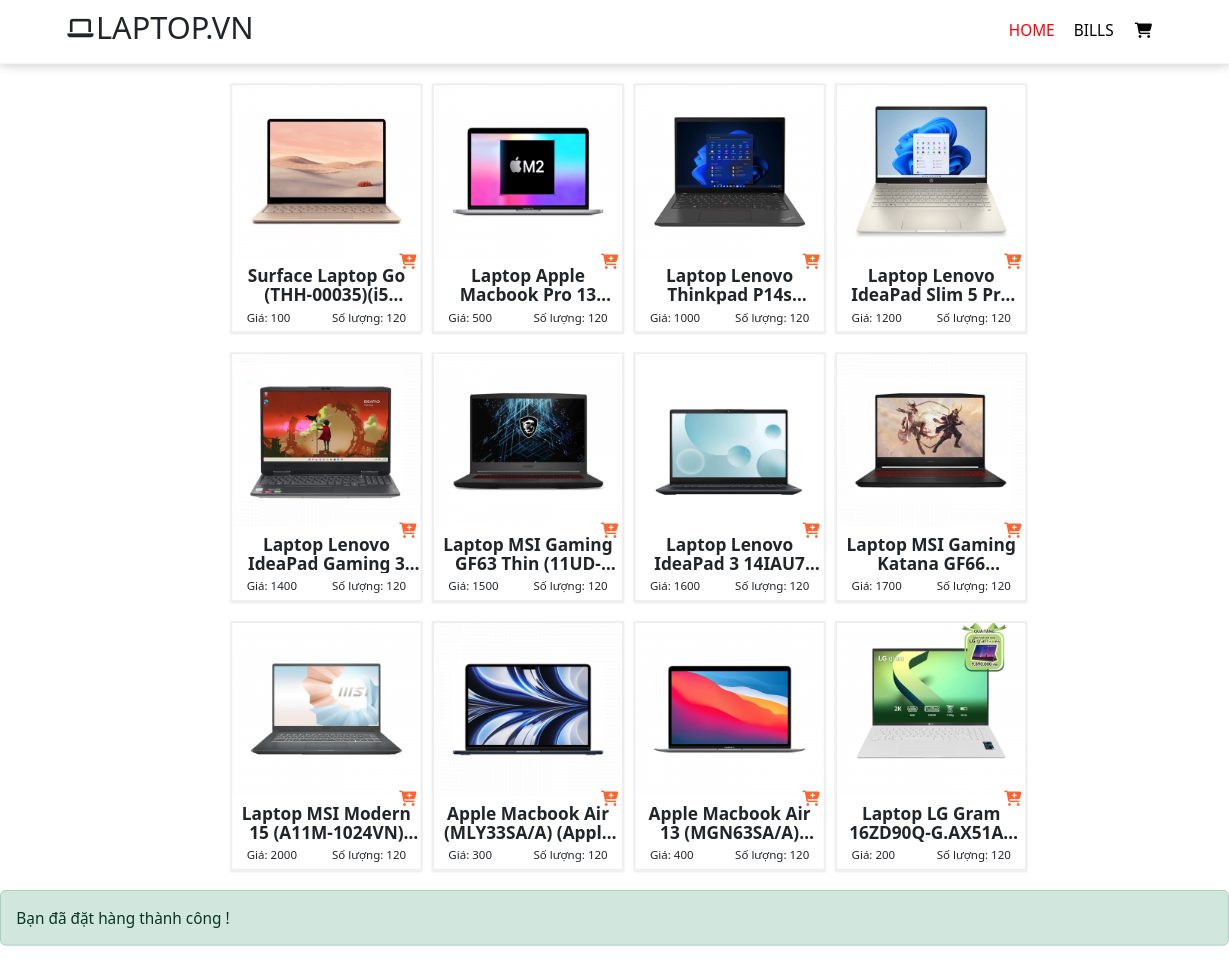
Repository: nguyenhaidang212/danh-sach-ban-hang
Page: index.html
The author's editor kept a copy of each file at every save. The page is drawn from the files as they stood at one save, then again after the next save.
The browser window is 1280 px wide. The pictures show the whole page, at 96% of full size.
The page's requests for data from a server got no answer. Some web libraries are served in a nearby version.

Above is the page before, as saved 2023-04-15 03:40:12.

### index.html
<!DOCTYPE html>
<html lang="en">
  <head>
    <meta charset="UTF-8" />
    <meta http-equiv="X-UA-Compatible" content="IE=edge" />
    <meta name="viewport" content="width=device-width, initial-scale=1.0" />
    <title>LaptopSHOP</title>
    <script
      src="https://kit.fontawesome.com/2568d54abe.js"
      crossorigin="anonymous"
    ></script>
    <link
      href="https://cdn.jsdelivr.net/npm/bootstrap@5.3.0-alpha1/dist/css/bootstrap.min.css"
      rel="stylesheet"
      integrity="sha384-GLhlTQ8iRABdZLl6O3oVMWSktQOp6b7In1Zl3/Jr59b6EGGoI1aFkw7cmDA6j6gD"
      crossorigin="anonymous"
    />
    <script
      src="https://cdn.jsdelivr.net/npm/bootstrap@5.3.0-alpha1/dist/js/bootstrap.bundle.min.js"
      integrity="sha384-w76AqPfDkMBDXo30jS1Sgez6pr3x5MlQ1ZAGC+nuZB+EYdgRZgiwxhTBTkF7CXvN"
      crossorigin="anonymous"
    ></script>
    <link rel="stylesheet" href="./style/style.css" />
    <link rel="stylesheet" href="./style/responsive.css">
  </head>
  <body>
    <div class="overlay"></div>
    <header>
      <div class="header">
        <div class="header-title">
          <i class="fa-solid fa-laptop header-icon-title"></i>
          <h2 class="laptop">LAPTOP.VN</h2>
        </div>
        <div class="header-menu">
          <div class="menu-link header-menu-home">
            <span class="none home" href="">HOME</span>
          </div>
          <!-- <div class="menu-link header-menu-about">
            <span class="none payment" href="">INFO</span>
          </div>
          <div class="menu-link header-menu-order">
            <span class="none header-payment" href="">PAYMENT</span>
          </div> -->
          <div class="menu-link header-menu-order">
            <span class="none order" href="">BILLS</span>
          </div>
          <div class="menu-link carts header-menu-bill">
            <i class="fas fa-shopping-cart buy_display buy_icon none"> </i>
          </div>
          <div class="buy_count" style="display: none"></div>
          <div class="line"></div>
        </div>
        <div class="header-menu2"><i class="fa-solid fa-bars"></i></div>
      </div>
    </header>
    <!-- Trang giao dien -->
    <main class="main_menu">
      <div class="list"></div>
    </main>
    <!-- Trang danh sach -->
    <main class="main_buy" style="display: none">
      <div class="img">
        <img src="./imgs/117-1170538_404-your-cart-is-empty.png" alt="" />
      </div>
      <div id="main_buy">
        <div class="title">
          <span>Product Name</span><span>Quantity</span><span>Subtotal</span
          ><span>Total</span><span>Clear Cart</span>
        </div>
        <div class="info"></div>
        <div class="buy">
          <div class="total">
            <strong>Total: $</strong>
            <span class="bill"></span>
          </div>
        </div>
        <div  class="main_buy_btn">
          <button type="button" class="btn btn-outline-primary btn_back">Back to shopping</button>
          <button type="button" class="btn btn-success btn_buy">Buy</button>
        </div>
      </div>
    </main>
    <!-- Trang thong tin -->
    <main class="main_info" style="display: none">
      <div class="buy_form">
        <div class="form_title">
          <h1>Thông tin người mua</h1>
          <i class="fa-solid fa-xmark buy_form_close"></i>
        </div>
        <div class="form_content">
          <div class="form_grid">
            <div class="username">
              <div class="input-group mb-3">
                <span class="input-group-text" id="basic-addon1">Họ</span>
                <input
                  type="text"
                  class="form-control form_username"
                  aria-label="Username"
                  aria-describedby="basic-addon1"
                />
              </div>
              <div class="form_wrong wrong1"></div>
              <div class="input-group mb-3">
                <span class="input-group-text" id="basic-addon1">Tên</span>
                <input
                  type="text"
                  class="form-control form_username2"
                  aria-label="Username"
                  aria-describedby="basic-addon1"
                />
              </div>
              <div class="form_wrong wrong2"></div>
            </div>
            <div class="input-group mb-3">
              <span class="input-group-text" id="basic-addon1">Email</span>
              <input
                type="text"
                class="form-control form_email"
                aria-label="Username"
                aria-describedby="basic-addon1"
              />
            </div>
            <div class="form_wrong wrong3"></div>
            <div class="input-group mb-3">
              <span class="input-group-text" id="basic-addon1"
                >Số điện thoại</span
              >
              <input
                type="text"
                class="form-control form_number"
                aria-label="Username"
                aria-describedby="basic-addon1"
              />
            </div>
            <div class="form_wrong wrong4"></div>
            <!-- <div id="address">Địa chỉ</div> -->
            <div class="form_address"></div>
            <div class="address">
              <select
                class="form-select select-city"
                aria-label="Default select example"
              >
                <option selected value="" class="option-city">
                  --Chọn Tỉnh/Thành phố--
                </option>
              </select>
              <select
                class="form-select select-district"
                aria-label="Default select example"
              >
                <option selected>--Chọn Huyện/Quận--</option>
              </select>
              <select
                class="form-select select-ward"
                aria-label="Default select example"
              >
                <option selected>--Chọn Xã--</option>
              </select>
            </div>
            <div class="form_wrong wrong5"></div>
            <div class="input-group mb-3">
              <input
                type="text"
                class="form-control form_home"
                placeholder="Số nhà"
                aria-label="Username"
                aria-describedby="basic-addon1"
              />
            </div>
            <div class="form-floating">
              <textarea
                class="form-control form_message"
                placeholder="Leave a comment here"
                id="floatingTextarea2"
                style="height: 200px"
              ></textarea>
              <label for="floatingTextarea2">Lời nhắn</label>
            </div>
          </div>
        </div>
        <div class="confirm">
          <button type="button" class="btn btn-primary show btn-confirm">
            Xác nhận
          </button>
        </div>
      </div>
    </main>
    <!-- Trang thanh toan -->
    <main class="main_confirm" style="display: none">
      <div class="confirm_header" style="display: none">
        Bạn chưa nhập thông tin khách hàng
      </div>
      <div class="confirm_header2" style="display: none">
        Bạn chưa lên đơn hàng
      </div>
      <div class="confirm_context">
        <div class="confirm_grid">
          <div class="confirm_title"><strong>Code</strong></div>
          <div class="confirm_title"><strong>Customer Name</strong></div>
          <div class="confirm_title"><strong>Date</strong></div>
          <div class="confirm_title"><strong>Item Numbers</strong></div>
          <div class="confirm_title"><strong>Total Quantity</strong></div>
          <div class="confirm_title"><strong>Totol Price</strong></div>
          <div class="confirm_title"><strong>Return</strong></div>
        </div>
        <div class="confirm_item_buy" style="display: none">
          <i class="fa-solid fa-circle-xmark close_list"></i>
          <div class="item_buy_title">
            <strong>Name</strong> <strong>Price</strong
            ><strong>Quantity</strong>
          </div>
        </div>
        <div class="confirm_btn">
          <button class="finish" id="">Create Order!</button>
        </div>
      </div>
    </main>
    <!-- Don hang thanh cong -->
    <main class="success" style="display: none">
      Bạn đã đặt hàng thành công !
    </main>
    <!-- Trang danh sach don hang -->
    <div id="order" style="display: none">
      <div class="order-menu">
        <div class="order-title">
          <div class="input-group mb-3 order_search">
            <input
              type="text"
              class="form-control"
              placeholder="Nhập mã đơn hàng cần tìm"
              aria-label="Recipient's username"
              aria-describedby="button-addon2"
            />
            <button
              class="btn btn-outline-secondary btn-search"
              type="button"
              id="button-addon2"
            >
              Tìm kiếm
            </button>
          </div>
        </div>
        <div class="order-gird">
          <strong>Order ID</strong><strong>Customer Name</strong
          ><strong>Date</strong><strong>Item Number</strong><strong>Total Quantity</strong
          ><strong>Total Price</strong><strong>Return</strong>
        </div>
      </div>
    </div>
    <div id="order-detail" style="display: none">
      <div class="order-detail-overlay"></div>
      <div class="order-detail-body">
        <h1 style="margin-bottom: 12px;">
          Order details</h1>
        </div>
      </div>
    </div>
    <div class="alert alert-success">
      Bạn đã đặt hàng thành công !
    </div>
  </body>
  <script src="./javascript/variable.js"></script>
  <script src="./javascript/localStorage.js"></script>
  <script async src="./javascript/function.js"></script>
  <script src="./javascript/render.js"></script>
  <script src="./javascript/apiVariable.js"></script>
  <script src="./javascript/apiFunction.js"></script>
  <script src="./javascript/validateHandle.js"></script>
  <script src="./javascript/style.js"></script>
  <script src="./javascript/handle.js"></script>
</html>

### style/style.css
* {
  padding: 0;
  margin: 0;
  box-sizing: border-box;
}
.form {
  display: inline-grid;
  grid-template-columns: 150px 150px 150px 150px;
  column-gap: 20px;
  row-gap: 20px;
  text-align: center;
  margin-bottom: 20px;
}
/* header */
.header {
  display: flex;
  border-bottom: 1px solid #eee;
  width: 100%;
  padding: 10px 100px 10px;
  justify-content: space-between;
  box-shadow: 0 0 12px 0 rgba(0, 0, 0, 0.3);
}
.header-title {
  display: flex;
  font-size: 20px;
}
.header-icon-title {
  position: absolute;
  left: 70px;
  top: 19px;
  font-size: 22px;
}
.none {
  cursor: pointer;
}
.header-menu {
  display: flex;
  grid-template-columns: 50px 50px 50px 50px;
  column-gap: 20px;
  margin-top: 10px;
  position: relative;
}
.header-menu2 {
  display: none;
  cursor: pointer;
}
.latop {
  cursor: pointer;
}
li {
  list-style: none;
}
li:hover {
  cursor: pointer;
}
.line {
  height: 2px;
  background-color: red;
  position: fixed;
  pointer-events: none;
  transition: all 0.2s linear;
}
.home {
  color: red;
}

.header-menu {
  text-decoration: none;
  color: black;
  position: relative;
}
.buy_count {
  width: 24px;
  height: 24px;
  padding: 4px;
  background-color: red;
  position: absolute;
  border-radius: 50%;
  right: -36px;
  border: 2px solid #fff;
  top: -12px;
  color: white;
  line-height: 12px;
  font-size: 12px;
  text-align: center;
}
/* main_menu */
main {
  width: 1200px;
  margin: 20px auto;
}
.list {
  display: grid;
  width: 800px;
  margin: auto;
  grid-template-columns: 25% 25% 25% 25%;
  column-gap: 10px;
  row-gap: 20px;
  text-align: center;
}
.item {
  border: 2px solid #eee;
  position: relative;
  z-index: 1;
  box-shadow: 0 1px 2px 0 rgba(0, 0, 0, 0.1);
  transition: transform linear 0.1s;
  /* max-height: 200px;
  overflow: hidden; */
}
.item:hover {
  box-shadow: 0 1px 20px 0 rgba(0, 0, 0, 0.05);
  transform: translateY(-1px);
}
.item-imgs {
  width: 100%;
  height: 180px;
  display: flex;
  justify-content: center;
  align-items: center;
  margin-bottom: 8px;
  overflow: hidden;
}
.item-img {
  text-align: center;
  width: 100%;
}
.item-title {
  font-weight: 600;
  margin-bottom: 4px;
  padding: 0 8px;
  height: 40px;
  line-height: 20px;
  font-size: 18px;
  overflow: hidden;
  display: block;
  display: -webkit-box;
  -webkit-box-orient: vertical;
  -webkit-line-clamp: 2;
}
.item-info {
  display: flex;
  justify-content: space-between;
  margin: 5px;
  padding: 0 10px;
  font-size: 12px;
}
.item-icon {
  position: absolute;
  border-radius: 50%;
  width: 30px;
  height: 30px;
  line-height: 30px;
  bottom: 36px;
  right: -4px;
}
.item-add {
  color: #fe6332;
  cursor: pointer;
  position: absolute;
  top: -15px;
  right: 8px;
}
.buy_display {
  cursor: pointer;
}
.buy_icon {
  position: absolute;
  right: -20px;
  top: 3px;
}
/* main_buy */
.back,
.finish {
  background-color: #fe6332;
  color: white;
  border-radius: 4px;
  width: 200px;
  height: 30px;
  border: none;
  cursor: pointer;
}
#buy {
  background-color: #27aa99;
  color: white;
  border-radius: 4px;
  width: 50px;
  height: 30px;
  border: none;
  cursor: pointer;
}
.title {
  display: grid;
  grid-template-columns: 600px 200px 100px 100px 100px;
  text-align: center;
  padding-bottom: 20px;
  font-weight: 700;
  border-bottom: 1px solid rgba(0, 0, 0, 0.2);
}
.list_buy {
  display: flex;
  text-align: center;
  margin-bottom: 12px;
  max-height: 400px;
  border-bottom: 1px solid rgba(0, 0, 0, 0.05);
}
#buy-img {
  width: 100px;
  margin-top: -10px;
}
.buy-name {
  width: 500px;
  height: 60px;
  text-align: left;
  line-height: 30px;
  margin-right: 45px;
  overflow: hidden;
}
.buy-quality {
  width: 150px;
  display: grid;
  grid-template-columns: 30px 50px 20px;
}
.buy-price,
.buy-del,
.buy-sum,
.return_item {
  width: 100px;
}
.buy-price {
  margin-right: 8px;
}
.btn-outline-primary {
  --bs-btn-color: red;
  --bs-btn-border-color: red;
  --bs-btn-hover-color: #fff;
  --bs-btn-hover-bg: red;
  --bs-btn-hover-border-color: red;
  --bs-btn-focus-shadow-rgb: 13, 110, 253;
  --bs-btn-active-color: #fff;
  --bs-btn-active-bg: red;
  --bs-btn-active-border-color: red;
  --bs-btn-active-shadow: inset 0 3px 5px rgba(0, 0, 0, 0.125);
  --bs-btn-disabled-color: red;
  --bs-btn-disabled-bg: transparent;
  --bs-btn-disabled-border-color: red;
  --bs-gradient: none;
}
.buy {
  margin: auto;
  display: flex;
  justify-content: space-between;
  margin-top: 50px;
}
.main_buy_btn {
  display: flex;
  justify-content: space-between;
  margin-top: 20px;
}
.main_info {
  margin: auto;
  position: fixed;
  z-index: 2;
  place-items: center;
  top: 50%;
  right: 50%;
  transform: translate(50%, -50%);
}
.overlay {
  display: none;
  position: absolute;
  width: 100%;
  height: 100%;
  background-color: rgba(0, 0, 0, 0.4);
  z-index: 1;
}
#buy {
  margin-right: 40px;
}
.img {
  text-align: center;
}
.buy-del,
.return_order {
  color: red;
  cursor: pointer;
}
.plus-icon,
.minus-icon {
  /* margin: 0 24px; */
  cursor: pointer;
  border: 1px solid #eee;
  padding: 4px;
  border-radius: 50%;
  height: 30px;
  width: 30px;
}
.plus-icon:hover {
  background-color: #fe6332;
}
.minus-icon:hover {
  background-color: #27aa99;
}
.total {
  width: 100%;
  text-align: right;
}
.bill {
  margin-right: 30px;
}
/* Trang thanh toan */
.buy_form {
  margin: 0 auto;
  background-color: white;
  border-radius: 8px;
  padding-top: 8px;
}
.buy_form_close {
  font-size: 20px;
  color: #666;
  cursor: pointer;
}
.mb-3,
.input-group {
  margin-bottom: 0 !important;
}

textarea {
  resize: none;
  margin-top: 1rem;
}
.form_title {
  display: flex;
  justify-content: space-between;
  margin: 20px;
}
.form_content {
  border-top: 1px solid #eee;
  border-bottom: 1px solid #eee;
  padding: 30px 20px;
}
.form_com .username {
  display: flex;
  justify-content: space-between;
  column-gap: 20px;
}
.address {
  display: flex;
  justify-content: space-between;
}
.dropdown {
  text-align: center;
  margin-bottom: 10px;
}
.form_title i {
  cursor: pointer;
}
.confirm {
  text-align: right;
  padding: 20px;
}
.close:hover {
  opacity: 0.8;
}
.form-select {
  width: 300px;
  text-align: center;
}
.form_wrong {
  color: red;
  font-size: 15px;
  margin-bottom: 1rem;
}
.address {
  margin-bottom: 12px;
}
/* Trang thanh toan */
.confirm_grid {
  display: grid;
  text-align: center;
  grid-template-columns: 150px 250px 100px 200px 200px 200px 100px;
  grid-template-rows: 20px;
  row-gap: 12px;
}
.confirm_name {
  height: 20px;
  line-height: 20px;
  overflow: hidden;
  text-overflow: ellipsis;
}
#back2,
.finish {
  margin-top: 12px;
}
.details {
  color: blue;
  cursor: pointer;
}
.details:hover {
  text-decoration: underline;
}
.confirm_item_buy {
  width: 600px;
  margin: 12px;
  padding: 8px;
  border: 1px solid #eee;
  border-radius: 4px;
}
.item_buy,
.item_buy_title {
  display: grid;
  grid-template-columns: 50% 25% 25%;
  column-gap: 8px;
  row-gap: 8px;
  text-align: center;
}
.item_buy_name {
  height: 50px;
  line-height: 25px;
  overflow: hidden;
  display: -webkit-box;
  -webkit-box-orient: vertical;
  -webkit-line-clamp: 2;
}
.close_list {
  cursor: pointer;
}
.close_list:hover {
  opacity: 0.8;
}
.max_item {
  text-align: center;
  color: red;
  font-size: 20px;
  margin: 12px;
  margin-top: 30px;
}
.confirm_btn {
  display: flex;
  justify-content: right;
  margin-top: 12px;
}
.finish {
  background-color: #198754;
  width: max-content;
  padding: 0 12px;
}
.back:hover {
  opacity: 0.8;
}
.finish:hover {
  opacity: 0.8;
}
.info {
  color: red;
  font-size: 20px;
  text-align: center;
  margin-top: 12px;
}
/* Success */
.success {
  font-size: 20px;
  font-weight: 600;
  color: white;
  background-color: #0d6efd;
  width: max-content;
  margin: 200px auto;
  text-align: center;
  padding: 20px;
  border-radius: 8px;
  cursor: pointer;
}
/* Trang danh sach don hang */
#order {
  width: 1200px;
  height: 800px;
  margin: auto;
  margin-top: 50px;
  padding: 24px;
  background-color: #f3f4fb;
  border-radius: 8px;
}
.order-gird,
.order-grid-items {
  display: grid;
  grid-template-columns: 15% 15% 15% 15% 15% 15% 10% 5%;
  grid-template-rows: 30px;
  text-align: center;
  line-height: 30px;
}
.order-menu {
  background-color: white;
  padding: 4px;
  overflow-y: scroll;
  height: 750px;
  border-radius: 8px;
}
.order-gird {
  background-color: #f3f4fb;
  border-radius: 4px;
  border-bottom: 12px;
}
.order-search {
  border-radius: 29px;
  border: 2px solid #f3f4fb;
  margin-bottom: 8px;
  padding: 4px;
  padding-left: 8px;
  font-size: 12px;
}
.order-title {
  padding: 6px;
  background-color: white;
  border-radius: 12px;
  display: flex;
  justify-content: left;
}
.btn-search {
  z-index: 0 !important;
}
.order_search {
  width: 500px;
}
.all-order {
  border-radius: 50%;
  color: #0d6efd;
  font-size: 16px;
}
.order-grid-items {
  border-radius: 4px;
}
.order-grid-items:nth-child(even) {
  background-color: #f3f4fb;
}
.order-detail {
  position: relative;
  cursor: pointer;
}
.order-item {
  width: 300px;
  background-color: #f3f4fb;
  text-align: left;
  display: none;
  padding: 8px;
}
.order-detail:hover {
  color: #0d6efd;
}
/*  */
#order-detail {
  display: flex;
  position: fixed;
  top: 0;
  right: 0;
  left: 0;
  bottom: 0;
}
.order-detail-overlay {
  position: absolute;
  width: 100%;
  height: 100%;
  background-color: rgba(0, 0, 0, 0.4);
  z-index: 1;
}
.order-detail-body {
  background-color: #f3f4fb;
  margin: auto;
  position: fixed;
  z-index: 2;
  place-items: center;
  top: 50%;
  right: 50%;
  transform: translate(50%, -50%);
  height: max-content;
  width: 1000px;
  padding: 20px;
  padding-top: 12px;
  border-radius: 4px;
}
.order-detail-grid {
  display: grid;
  grid-template-columns: 30% 65%;
  column-gap: 20px;
  row-gap: 20px;
  margin-top: 4px;
}
.order-detail-title {
  grid-column: 1/3;
}
.order-detail-list {
  height: fit-content;
  max-height: 280px;
  scroll-behavior: smooth;
  overflow-y: scroll;
}
.show-detail-item {
  color: #0d6efd;
  cursor: pointer;
}
.detail-list-title {
  display: grid;
  grid-template-columns: 20% 60% 10%;
  column-gap: 20px;
}
#list-item-name {
  word-wrap: break-word;
  display: -webkit-box;
  -webkit-box-orient: vertical;
  -webkit-line-clamp: 2;
  overflow: hidden;
}
.list-item-order {
  display: grid;
  grid-template-columns: 80% 20%;
  border-radius: 4px;
  height: max-content;
  max-height: 400px;
  border: 1px solid #f3f4fb;
  background-color: #eee;
  padding: 8px;
  padding-top: 0;
  row-gap: 10px;
  overflow-y: scroll;
}
#tensanpham {
  width: 400px;
  word-break: break-all;
  display: -webkit-box;
  -webkit-box-orient: vertical;
  -webkit-line-clamp: 2;
  overflow: hidden;
}
.soluong {
  text-align: center;
  font-size: 20px;
  font-weight: 600;
}
.hide-detail-item {
  display: none;
  cursor: pointer;
  color: #0d6efd;
}
#message {
  overflow-wrap: break-word;
  max-height: 120px;
  overflow-y: scroll;
}
#username {
  max-width: 200px;
  overflow-wrap: break-word;
  /* max-height: 30px; */
  /* overflow: hidden; */
}

### style/responsive.css
@media (max-width: 1200px) {
  main {
    width: 100%;
    margin: 20px auto;
  }
  .list {
    display: grid;
    width: 600px;
    margin: auto;
    grid-template-columns: 33% 33% 33%;
    column-gap: 10px;
    row-gap: 20px;
    text-align: center;
  }
}
@media (max-width: 700px) {
  main {
    width: 100%;
    margin: 20px auto;
  }
  .list {
    display: grid;
    width: 400px;
    margin: auto;
    grid-template-columns: 50% 50%;
    column-gap: 10px;
    row-gap: 20px;
    text-align: center;
  }
  .header-menu {
    display: none;
  }
  .header-menu2 {
    display: block;
  }
  .header-title {
    display: none;
  }
}
@media (max-width: 500px) {
  main {
    width: 100%;
    margin: 20px auto;
  }
  .list {
    display: block;
    width: 60%;
    margin: auto;
  }
  .header-title {
    display: none;
  }
  .header-menu2 {
    display: block;
    position: relative;
    right: 0;
  }
  .item {
    height: fit-content;
  }
}

### javascript/style.js
const menu = document.querySelectorAll(".menu-link");
const line = document.querySelector(".line");
menu.forEach((e) => {
  e.addEventListener("mouseenter", (e) => {
    const { left, top, width, height } = e.target.getBoundingClientRect();
    const offSetBottom = -2;
    line.style.width = `${width}px`;
    line.style.left = `${left}px`;
    line.style.top = `${top + height + offSetBottom}px`;
  });
});
document.querySelector(".header-menu").addEventListener("mouseleave", (e) => {
  line.style.width = 0;
});

Loaded but not shown: javascript/function.js (286 lines, source omitted); javascript/render.js (175 lines, source omitted); javascript/variable.js (144 lines, source omitted); javascript/handle.js (145 lines, source omitted); javascript/validateHandle.js (81 lines, source omitted); javascript/apiVariable.js (43 lines, source omitted); javascript/apiFunction.js (33 lines, source omitted); javascript/localStorage.js (23 lines, source omitted)

After the next save:
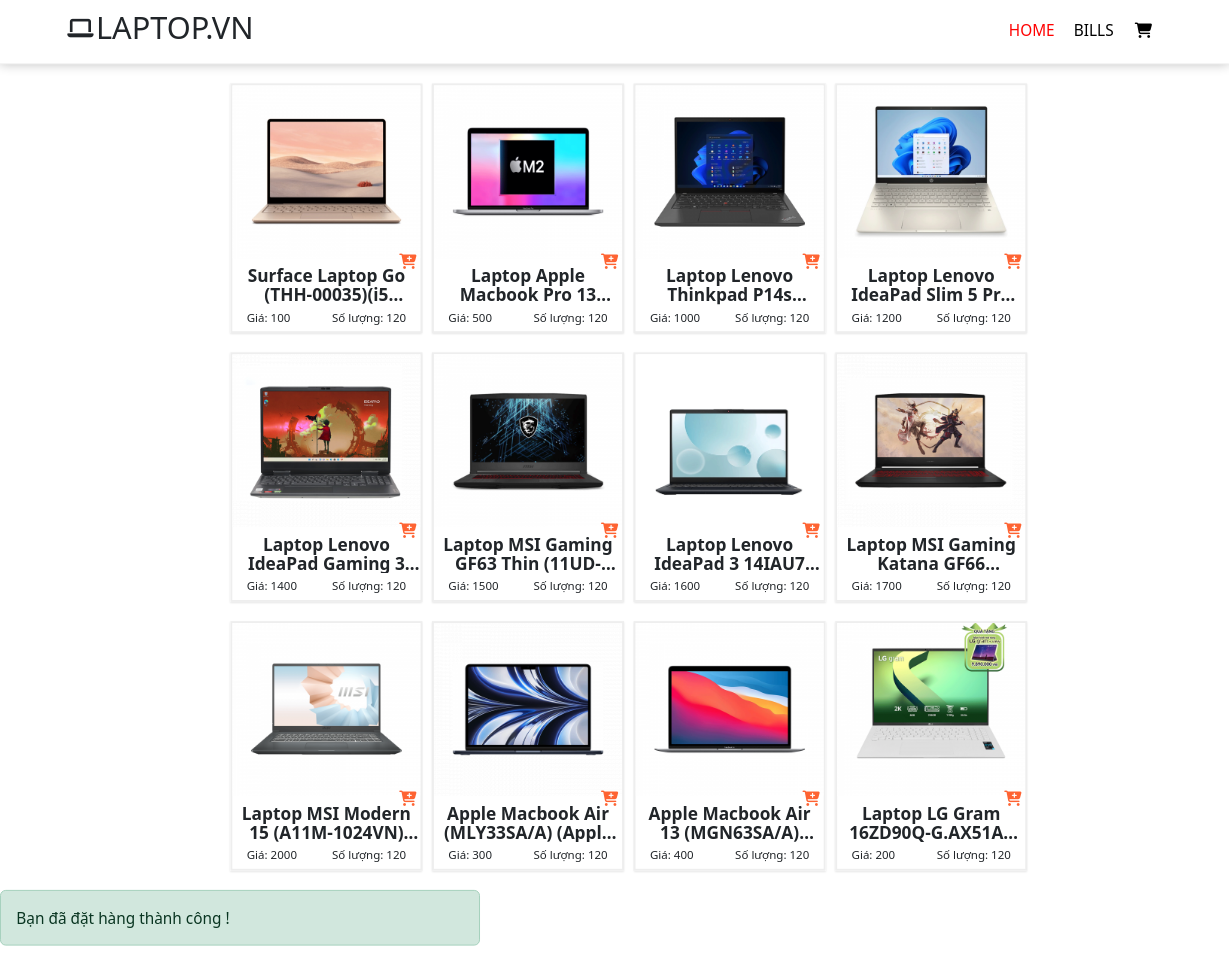
Saved 29 s later.
--- a/style/style.css
+++ b/style/style.css
@@ -469,6 +469,9 @@
   border-radius: 8px;
   cursor: pointer;
 }
+.alert-success {
+  width: 500px;
+}
 /* Trang danh sach don hang */
 #order {
   width: 1200px;
